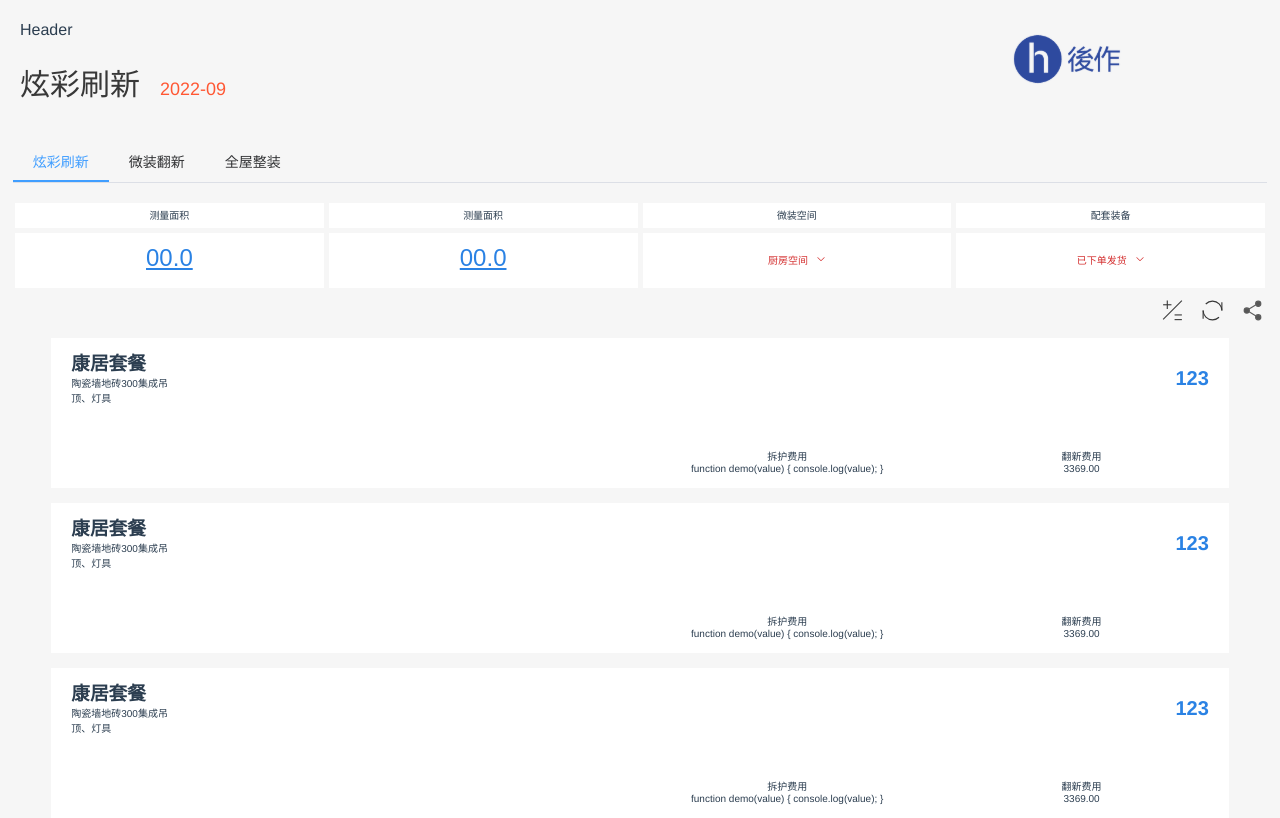
Repository: yezhonghu0503/houzuo
Page: /interiorDecoration
The author's editor kept a copy of each file at every save. The page is drawn from the files as they stood at one save, then again after the next save.
The browser window is 1280 px wide. The pictures show the whole page.
The project was rebuilt for these pictures with package versions that can differ from the ones it lists, and the page was loaded fresh each time. Also part of the build but not shown: vite.config.ts.

Above is the page before, as saved 2022-09-30 17:21:48.

### src/main.ts
import { createApp } from 'vue'
import App from './App.vue'
//全局引入elementUI
import ElementPlus from 'element-plus'
import 'element-plus/dist/index.css'
import * as ElementPlusIconsVue from '@element-plus/icons-vue'
import router from './router'

const app = createApp(App)

for (const [key, component] of Object.entries(ElementPlusIconsVue)) {
    app.component(key, component)
}


app.use(ElementPlus)
app.use(router)
app.mount('#app')

### src/App.vue
<script setup lang="ts">
// This starter template is using Vue 3 <script setup> SFCs
// Check out https://vuejs.org/api/sfc-script-setup.html#script-setup

import Home from "./view/Home/Home.vue";

//import HelloWorld from './components/HelloWorld.vue'
</script>

<template>
  <!-- <Home></Home> -->
  <router-view />
</template>

<style>
body {
  background: #f6f6f6;
}
#app {
  font-family: Avenir, Helvetica, Arial, sans-serif;
  -webkit-font-smoothing: antialiased;
  -moz-osx-font-smoothing: grayscale;
  text-align: center;
  color: #2c3e50;
  overflow-x: hidden;
  /* margin-top: 60px; */
}
</style>

### src/router/index.ts
import { createRouter, createWebHistory, createWebHashHistory } from 'vue-router'
import { defineAsyncComponent } from 'vue'

const router = createRouter({
    history: createWebHistory(),
    routes: [
        {
            path: '/',
            name: 'home',
            component: defineAsyncComponent(() => import(`../view/Home/Home.vue`)),
            meta: {
                title: '首页'
            }
        },
        {
            path: '/interiorDecoration',
            name: 'interiorDecoration',
            component: () => import(`../view/interiorDecoration/index.vue`),
            meta: {
                title: '室内装修'
            }
        }
    ]
})

router.beforeEach((to, from, next) => {
    if (to.meta.title) {
        document.title = `${to.meta.title}`;
    }
    next()
})

router.afterEach((to, from) => {
    // console.log(to, from)
    console.log('afterEach')
})

export default router;

### src/view/interiorDecoration/index.vue
<script lang="ts">
import { ref } from "vue";
import {
  useRouter,
  useRoute,
  onBeforeRouteLeave,
  onBeforeRouteUpdate,
} from "vue-router";
import Renovate from "./renovate.vue";
export default {
  components: {
    Renovate,
  },
  setup() {
    //菜单
    const menuList: string[] = ["炫彩刷新", "微装翻新", "全屋整装"];
    const activeIndex = ref(0);
    const handleSelect = (key: string, keyPath: string[]) => {
      console.log(key, keyPath);
    };
    const router = useRouter();
    const route = useRoute();
    let timenow: string = new Date().toJSON().substring(0, 7);
    return {
      timenow,
      menuList,
      activeIndex,
      handleSelect
    };
  },
};
</script>

<template>
  <div id="head">
    <el-row class="head-row" :gutter="2">
      <el-col :span="16">
        <el-container class="head-tit">
          <el-header>Header</el-header>
          <el-footer
            ><h1>
              炫彩刷新<font class="timeshow">{{timenow}}</font>
            </h1>
          </el-footer>
        </el-container>
      </el-col>
      <el-col :span="8" align="middle">
        <!-- <img
          style="margin-top: 15px"
          src="https://lacblog.top/upload/2022/06/H2022%20(3).png.png"
          alt=""
        /> -->
        <svg
          style="margin-top: 0px"
          xmlns="http://www.w3.org/2000/svg"
          xmlns:xlink="http://www.w3.org/1999/xlink"
          width="118"
          height="118"
          viewBox="0 0 118 118"
          fill="none"
        >
          <defs>
            <pattern
              id="pattern0"
              patternContentUnits="objectBoundingBox"
              width="1"
              height="1"
            >
              <use
                transform="translate(0 0) scale(0.004975124378109453 0.004975124378109453) rotate(0)"
                xlink:href="#image0"
              />
            </pattern>
            <image
              id="image0"
              width="201"
              height="201"
              xlink:href="data:[embedded picture, 6090 characters]"
            />
          </defs>
          <path
            id="H2022 (2).png"
            fill-rule="evenodd"
            style="fill: url(#pattern0)"
            transform="translate(0 0)  rotate(0 59 59)"
            opacity="1"
            d="M0,118L118,118L118,0L0,0L0,118Z "
          />
        </svg>
      </el-col>
    </el-row>
  </div>
  <div id="main">
    <el-menu
      :default-active="activeIndex"
      class="el-menu-demo"
      mode="horizontal"
      @select="handleSelect"
    >
      <el-menu-item
        @click="handleSelect"
        v-for="(item, index) in menuList"
        :index="index"
        >{{ item }}</el-menu-item
      >
    </el-menu>
    <div class="h-6" />
    <Renovate />
  </div>
</template>

    <style>
* {
  border: 0;
  padding: 0;
  margin: 0;
}
#head {
  left: 0px;
  top: 0px;
  width: 100vw;
  height: 143px;
  /* background: turquoise; */
}
.head-row {
  height: 100%;
}
.head-tit {
  text-align: left;
  line-height: 60px;
}
.head-tit h1 {
  font-size: 30px;
  font-weight: 300;
  letter-spacing: 0px;
  line-height: 50px;
  color: rgba(56, 56, 56, 1);
  text-align: left;
  /*vertical-align: top;*/
}
.timeshow {
  /** 文本1 */
  font-size: 18px;
  font-weight: 500;
  letter-spacing: 0px;
  line-height: 0px;
  color: rgba(255, 87, 51, 1);
  text-align: left;
  margin-left: 20px;
}
.el-menu-demo {
  width: 98vw;
  margin: 0 auto;
  background: #f6f6f6;
  height: 40px;
}
</style>

### src/view/interiorDecoration/renovate.vue
<script lang="ts" >
import { reactive, ref } from "vue";
let paintAndDigit = reactive([
  {
    toolname: "微装空间",
    selectedtoolname: "厨房空间",
    selectlist: ["厨房空间", "卫浴空间", "阳台空间"],
  },
  {
    toolname: "配套装备",
    selectedtoolname: "已下单发货",
    selectlist: ["已下单发货", "未下单"],
  },
]);
let defaultParameter = ref("");
function getToolSelect(index: any, event: any) {
  paintAndDigit[index].selectedtoolname = event.target.innerText;
}
function demo(value:any){
  console.log(value)
}
export default {
  setup() {
    // let [paintColor,digital] = [["已下单发货", "未下单"],["厨房空间","卫浴空间","阳台空间"]];

    return {
      paintAndDigit,
      getToolSelect,
      defaultParameter,
      demo
    };
  },
};
</script>
<template>
  <el-row :gutter="5" class="tool-menu" justify="center">
    <el-col v-for="item in 2" :span="6">
      <div class="tool-main">
        <div class="tool-name">测量面积</div>
        <div class="tool-parameter">
          <input class="tool-input" maxlength="6" onkeyup="this.value=(this.value.match(/\d+(\.\d{0,2})?/)||[''])[0]"  type="text" value="00.0" />
        </div>
      </div>
    </el-col>
    <el-col v-for="(item, index) in paintAndDigit" :span="6">
      <div class="tool-main">
        <div class="tool-name">{{ item.toolname }}</div>
        <div class="tool-parameter">
          <el-dropdown class="tool-dropdown">
            <span class="el-dropdown-link">
              <!-- {{ defaultParameter ? defaultParameter : item.selectlist[0] }} -->
              {{ item.selectedtoolname }}
              <el-icon class="el-icon--right">
                <arrow-down />
              </el-icon>
            </span>
            <template #dropdown>
              <el-dropdown-menu>
                <el-dropdown-item
                  @click="getToolSelect(index, $event)"
                  v-for="items in item.selectlist"
                  >{{ items }}</el-dropdown-item
                >
              </el-dropdown-menu>
            </template>
          </el-dropdown>
        </div>
      </div>
    </el-col>
  </el-row>
  <el-row class="instruction-list">
    <svg
      xmlns="http://www.w3.org/2000/svg"
      xmlns:xlink="http://www.w3.org/1999/xlink"
      width="25"
      height="25"
      viewBox="0 0 30 30"
      fill="none"
    >
      <defs><rect id="path_0" x="0" y="0" width="30" height="30" /></defs>
      <g opacity="1" transform="translate(0 0)  rotate(0 15 15)">
        <mask id="bg-mask-0" fill="white">
          <use xlink:href="#path_0"></use>
        </mask>
        <g mask="url(#bg-mask-0)">
          <path
            id="路径 1"
            fill-rule="evenodd"
            style="fill: #e9e9e9"
            transform="translate(0 0)  rotate(0 15 15)"
            opacity="0.01"
            d="M0,30L30,30L30,0L0,0L0,30Z "
          />
          <path
            id="路径 2"
            style="
              stroke: #383838;
              stroke-width: 1.3333333333333333;
              stroke-opacity: 1;
              stroke-dasharray: 0 0;
            "
            transform="translate(17.499999999999996 20.312499999999996)  rotate(0 4.375 1.7763568394002505e-15)"
            d="M0,0L8.75,0 "
          />
          <path
            id="路径 3"
            style="
              stroke: #383838;
              stroke-width: 1.3333333333333333;
              stroke-opacity: 1;
              stroke-dasharray: 0 0;
            "
            transform="translate(17.499999999999996 25.937499999999993)  rotate(0 4.375 1.7763568394002505e-15)"
            d="M0,0L8.75,0 "
          />
          <path
            id="路径 4"
            style="
              stroke: #383838;
              stroke-width: 1.3333333333333333;
              stroke-opacity: 1;
              stroke-dasharray: 0 0;
            "
            transform="translate(3.75 8.124999999999998)  rotate(0 4.999999999999999 0)"
            d="M0,0L10,0 "
          />
          <path
            id="路径 5"
            style="
              stroke: #383838;
              stroke-width: 1.3333333333333333;
              stroke-opacity: 1;
              stroke-dasharray: 0 0;
            "
            transform="translate(8.749999999999998 3.1249999999999996)  rotate(0 0 5)"
            d="M0,0L0,10 "
          />
          <path
            id="路径 6"
            style="
              stroke: #383838;
              stroke-width: 1.3333333333333333;
              stroke-opacity: 1;
              stroke-dasharray: 0 0;
            "
            transform="translate(3.75 3.1249999999999996)  rotate(0 11.25 11.249999999999998)"
            d="M22.5,0L0,22.5 "
          />
        </g>
      </g>
    </svg>
    <svg
      xmlns="http://www.w3.org/2000/svg"
      xmlns:xlink="http://www.w3.org/1999/xlink"
      width="25"
      height="25"
      viewBox="0 0 30 30"
      fill="none"
    >
      <defs><rect id="path_0" x="0" y="0" width="30" height="30" /></defs>
      <g opacity="1" transform="translate(0 0)  rotate(0 15 15)">
        <mask id="bg-mask-0" fill="white">
          <use xlink:href="#path_0"></use>
        </mask>
        <g mask="url(#bg-mask-0)">
          <path
            id="路径 1"
            style="
              stroke: #383838;
              stroke-width: 1.3333333333333333;
              stroke-opacity: 1;
              stroke-dasharray: 0 0;
            "
            transform="translate(26.25 4.999999999999999)  rotate(0 0 5)"
            d="M0,0L0,10 "
          />
          <path
            id="路径 2"
            style="
              stroke: #383838;
              stroke-width: 1.3333333333333333;
              stroke-opacity: 1;
              stroke-dasharray: 0 0;
            "
            transform="translate(3.75 15)  rotate(0 0 4.999999999999998)"
            d="M0,0L0,10 "
          />
          <path
            id="路径 3"
            style="
              stroke: #383838;
              stroke-width: 1.3333333333333333;
              stroke-opacity: 1;
              stroke-dasharray: 0 0;
            "
            transform="translate(3.75 15)  rotate(0 9.531249999999998 5.625)"
            d="M0,0C0,6.21 5.04,11.25 11.25,11.25C14.28,11.25 17.04,10.05 19.06,8.09 "
          />
          <path
            id="路径 4"
            style="
              stroke: #383838;
              stroke-width: 1.3333333333333333;
              stroke-opacity: 1;
              stroke-dasharray: 0 0;
            "
            transform="translate(6.905499999999998 3.75)  rotate(0 9.672468749999998 5.625)"
            d="M19.34,11.25C19.34,5.04 14.31,0 8.09,0C4.92,0 2.05,1.32 0,3.44 "
          />
        </g>
      </g>
    </svg>
    <svg
      xmlns="http://www.w3.org/2000/svg"
      xmlns:xlink="http://www.w3.org/1999/xlink"
      width="25"
      height="25"
      viewBox="0 0 30 30"
      fill="none"
    >
      <defs><rect id="path_0" x="0" y="0" width="30" height="30" /></defs>
      <g opacity="0.81" transform="translate(0 0)  rotate(0 15 15)">
        <mask id="bg-mask-0" fill="white">
          <use xlink:href="#path_0"></use>
        </mask>
        <g mask="url(#bg-mask-0)">
          <path
            id="路径 1"
            fill-rule="evenodd"
            style="fill: #e9e9e9"
            transform="translate(0 0)  rotate(0 15 15)"
            opacity="0.01"
            d="M0,30L30,30L30,0L0,0L0,30Z "
          />
          <path
            id="路径 2"
            fill-rule="evenodd"
            style="fill: #333333"
            transform="translate(18.75 3.75)  rotate(0 3.1249999999999996 3.1249999999999996)"
            opacity="1"
            d="M6.25,3.12C6.25,1.4 4.85,0 3.12,0C1.4,0 0,1.4 0,3.12C0,4.85 1.4,6.25 3.12,6.25C4.85,6.25 6.25,4.85 6.25,3.12Z "
          />
          <path
            id="路径 2"
            style="
              stroke: #383838;
              stroke-width: 1.3333333333333333;
              stroke-opacity: 1;
              stroke-dasharray: 0 0;
            "
            transform="translate(18.75 3.75)  rotate(0 3.1249999999999996 3.1249999999999996)"
            d="M6.25,3.12C6.25,1.4 4.85,0 3.12,0C1.4,0 0,1.4 0,3.12C0,4.85 1.4,6.25 3.12,6.25C4.85,6.25 6.25,4.85 6.25,3.12Z "
          />
          <path
            id="路径 3"
            fill-rule="evenodd"
            style="fill: #333333"
            transform="translate(4.999999999999999 11.874999999999998)  rotate(0 3.1249999999999996 3.1249999999999996)"
            opacity="1"
            d="M6.25,3.12C6.25,1.4 4.85,0 3.12,0C1.4,0 0,1.4 0,3.12C0,4.85 1.4,6.25 3.12,6.25C4.85,6.25 6.25,4.85 6.25,3.12Z "
          />
          <path
            id="路径 3"
            style="
              stroke: #383838;
              stroke-width: 1.3333333333333333;
              stroke-opacity: 1;
              stroke-dasharray: 0 0;
            "
            transform="translate(4.999999999999999 11.874999999999998)  rotate(0 3.1249999999999996 3.1249999999999996)"
            d="M6.25,3.12C6.25,1.4 4.85,0 3.12,0C1.4,0 0,1.4 0,3.12C0,4.85 1.4,6.25 3.12,6.25C4.85,6.25 6.25,4.85 6.25,3.12Z "
          />
          <path
            id="路径 4"
            style="
              stroke: #383838;
              stroke-width: 1.3333333333333333;
              stroke-opacity: 1;
              stroke-dasharray: 0 0;
            "
            transform="translate(10.836749999999999 8.4840625)  rotate(0 3.9565937499999997 2.397156249999999)"
            d="M7.91,0L0,4.79 "
          />
          <path
            id="路径 5"
            style="
              stroke: #383838;
              stroke-width: 1.3333333333333333;
              stroke-opacity: 1;
              stroke-dasharray: 0 0;
            "
            transform="translate(10.836749999999999 16.6024375)  rotate(0 4.168874999999998 2.4634375000000013)"
            d="M0,0L8.34,4.93 "
          />
          <path
            id="路径 6"
            fill-rule="evenodd"
            style="fill: #333333"
            transform="translate(18.75 19.999999999999996)  rotate(0 3.1249999999999996 3.1249999999999996)"
            opacity="1"
            d="M0,3.12C0,4.85 1.4,6.25 3.12,6.25C4.85,6.25 6.25,4.85 6.25,3.12C6.25,1.4 4.85,0 3.12,0C1.4,0 0,1.4 0,3.12Z "
          />
          <path
            id="路径 6"
            style="
              stroke: #383838;
              stroke-width: 1.3333333333333333;
              stroke-opacity: 1;
              stroke-dasharray: 0 0;
            "
            transform="translate(18.75 19.999999999999996)  rotate(0 3.1249999999999996 3.1249999999999996)"
            d="M0,3.12C0,4.85 1.4,6.25 3.12,6.25C4.85,6.25 6.25,4.85 6.25,3.12C6.25,1.4 4.85,0 3.12,0C1.4,0 0,1.4 0,3.12Z "
          />
        </g>
      </g>
    </svg>
  </el-row>
  <el-row justify="center">
    <el-col class="tiles" v-for="item in 3" :span="24">
      <div class="show-tiles">
        <el-row class="tiles-up">
          <el-col :span="12"
            ><h3 class="tiles-package-name">
              康居套餐
              <div class="tiles-package-introduce">
                陶瓷墙地砖300集成吊顶、灯具
              </div>
            </h3></el-col
          >
          <el-col :span="12"><div class="tiles-package-price">123</div></el-col>
        </el-row>
        <el-row class="tiles-down" justify="end">
          <el-col :span="6"
            >拆护费用
            <div>{{ demo }}</div></el-col
          >
          <el-col :span="6">
            翻新费用
            <div>3369.00</div>
          </el-col>
        </el-row>
      </div>
    </el-col>
  </el-row>
</template>

<style>
.tool-menu {
  height: 85px;
  margin-top: 20px;
  padding: 0 15px;
}
.tool-main {
  background: white;
}
.tool-name {
  height: 25px;
  font-size: 10px;
  line-height: 25px;
  border-bottom: 5px solid #f6f6f6;
}
.tool-parameter {
  height: 55px;
  line-height: 55px;
  background: white;
}
.tool-input {
  text-align: center;
  font-size: 24px;
  height: 35px;
  width: 100%;
  font-weight: 500;
  text-decoration-line: underline;
  color: rgba(42, 130, 228, 1);
}
.example-showcase .el-dropdown-link {
  cursor: pointer;
  color: var(--el-color-primary);
  display: flex;
  align-items: center;
}
.tool-dropdown {
  height: 55px;
  line-height: 55px;
  font-size: 10px;
  font-weight: 400;
  color: rgba(212, 48, 48, 1);
}
.instruction-list {
  margin-top: 10px;
  width: 100%;
  display: flex;
  justify-content: end;
}
.instruction-list svg {
  margin-right: 15px;
}
.tiles {
  height: 150px;
  margin-top: 15px;
}
.show-tiles {
  width: 92vw;
  height: 150px;
  margin: 0 auto;
  background: white;
}
.tiles-up {
  height: 100px;
}
.tiles-package-name {
  margin-left: 20px;
  text-align: left;
  margin-top: 10px;
}
.tiles-package-price {
  height: 100px;
  font-size: 20px;
  font-weight: 700;
  line-height: 80px;
  color: rgba(42, 130, 228, 1);
  margin-right: 20px;
  text-align: right;
}
.tiles-package-introduce {
  width: 100px;
  font-size: 10px;
  font-weight: 400;
}
.tiles-down {
  margin-top: 10px;
  font-size: 10px;
}
</style>

Loaded but not shown: index.html (common file)

After the next save:
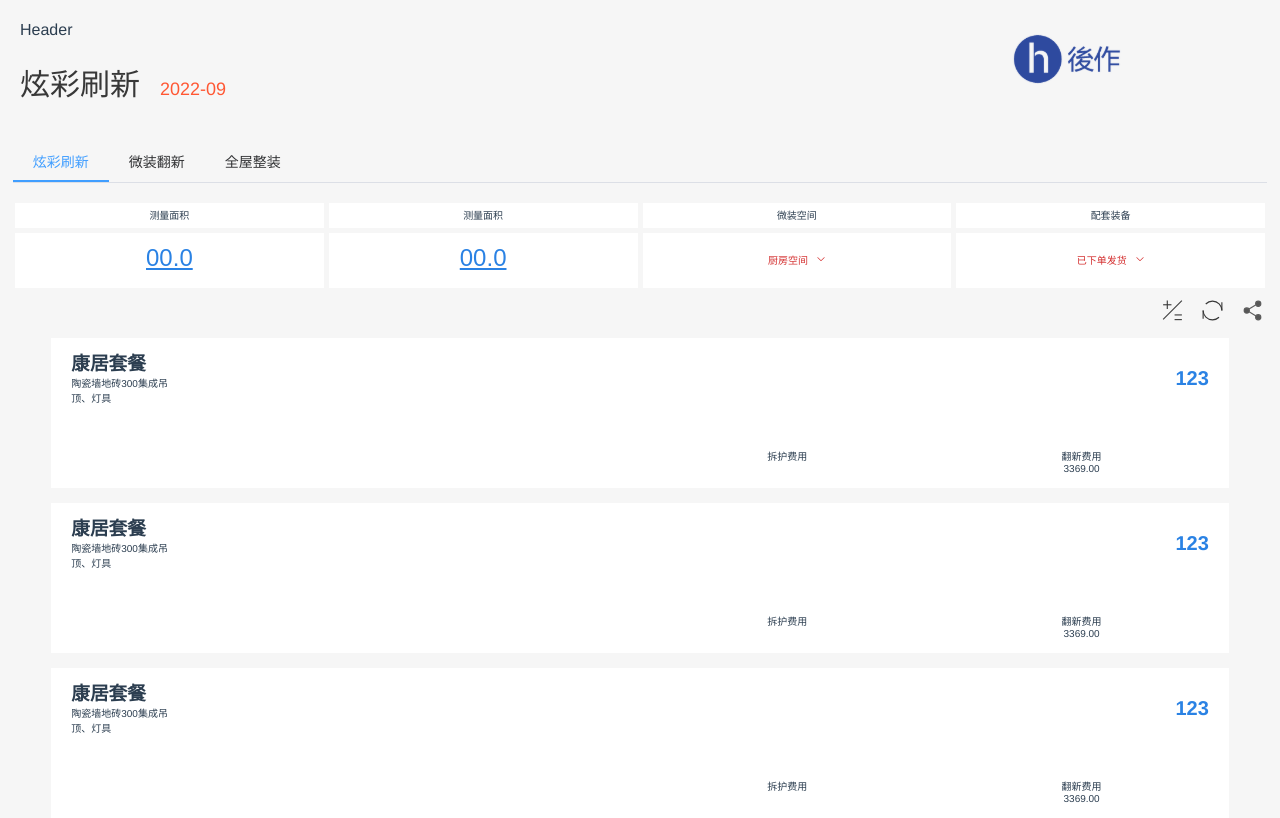
Saved 27 min 10 s later.
--- a/src/view/interiorDecoration/renovate.vue
+++ b/src/view/interiorDecoration/renovate.vue
@@ -16,9 +16,7 @@
 function getToolSelect(index: any, event: any) {
   paintAndDigit[index].selectedtoolname = event.target.innerText;
 }
-function demo(value:any){
-  console.log(value)
-}
+
 export default {
   setup() {
     // let [paintColor,digital] = [["已下单发货", "未下单"],["厨房空间","卫浴空间","阳台空间"]];
@@ -27,7 +25,6 @@
       paintAndDigit,
       getToolSelect,
       defaultParameter,
-      demo
     };
   },
 };
